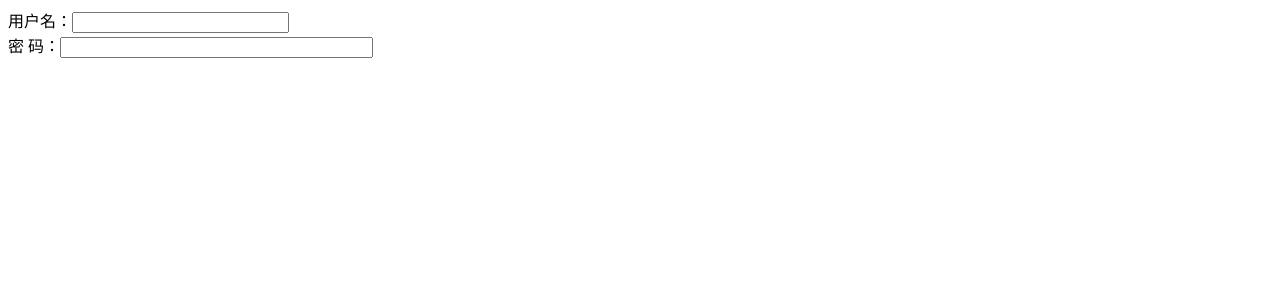
Repository: frankstar007/java
Page: http://localhost/Struts_Study/login/login.jsp
The author's editor kept a copy of each file at every save. The page is drawn from the files as they stood at one save, then again after a run of saves.
The browser window is 1280 px wide. The pictures show the whole page.
The page is served by Tomcat 9. Nobody is signed in. The application's start-up code is not run. Other server files are loaded and not shown.

Above is the page before, as saved 2016-05-11 01:12:12.

### Struts_Study/WebContent/login/login.jsp
<%@ page language="java" contentType="text/html; charset=UTF-8"
    pageEncoding="UTF-8"%>
<!DOCTYPE html PUBLIC "-//W3C//DTD HTML 4.01 Transitional//EN" "http://www.w3.org/TR/html4/loose.dtd">
<html>
<head>
<meta http-equiv="Content-Type" content="text/html; charset=UTF-8">
<title>基于Struts2的登陆系统应用</title>
</head>
<body>
	<form method="post" action="login">
		用户名：<input name="username" type="text" size="24">
		<br>
		密 码：<input name="password" type="password" size="36">
		<br>
	</form>
</body>
</html>

After the next 2 saves:
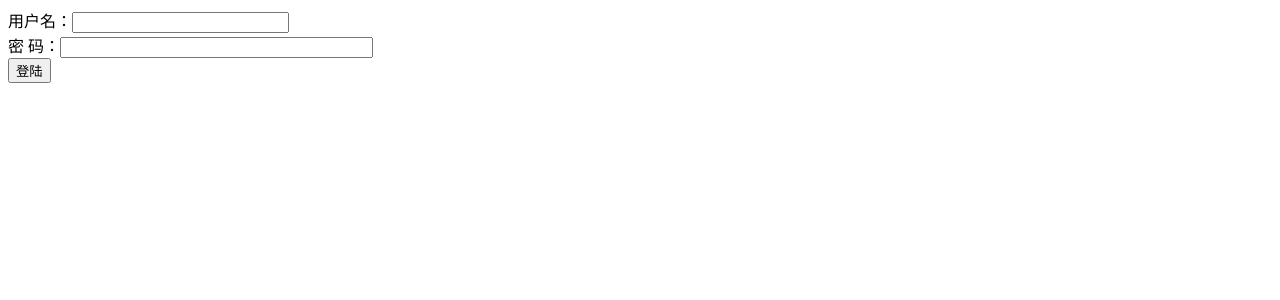
The 2 saves are shown as one change because they came seconds apart.
The last was saved 25 s later.
--- a/Struts_Study/WebContent/login/login.jsp
+++ b/Struts_Study/WebContent/login/login.jsp
@@ -12,6 +12,7 @@
 		<br>
 		密 码：<input name="password" type="password" size="36">
 		<br>
+		<input type="submit" value="登陆">
 	</form>
 </body>
 </html>
